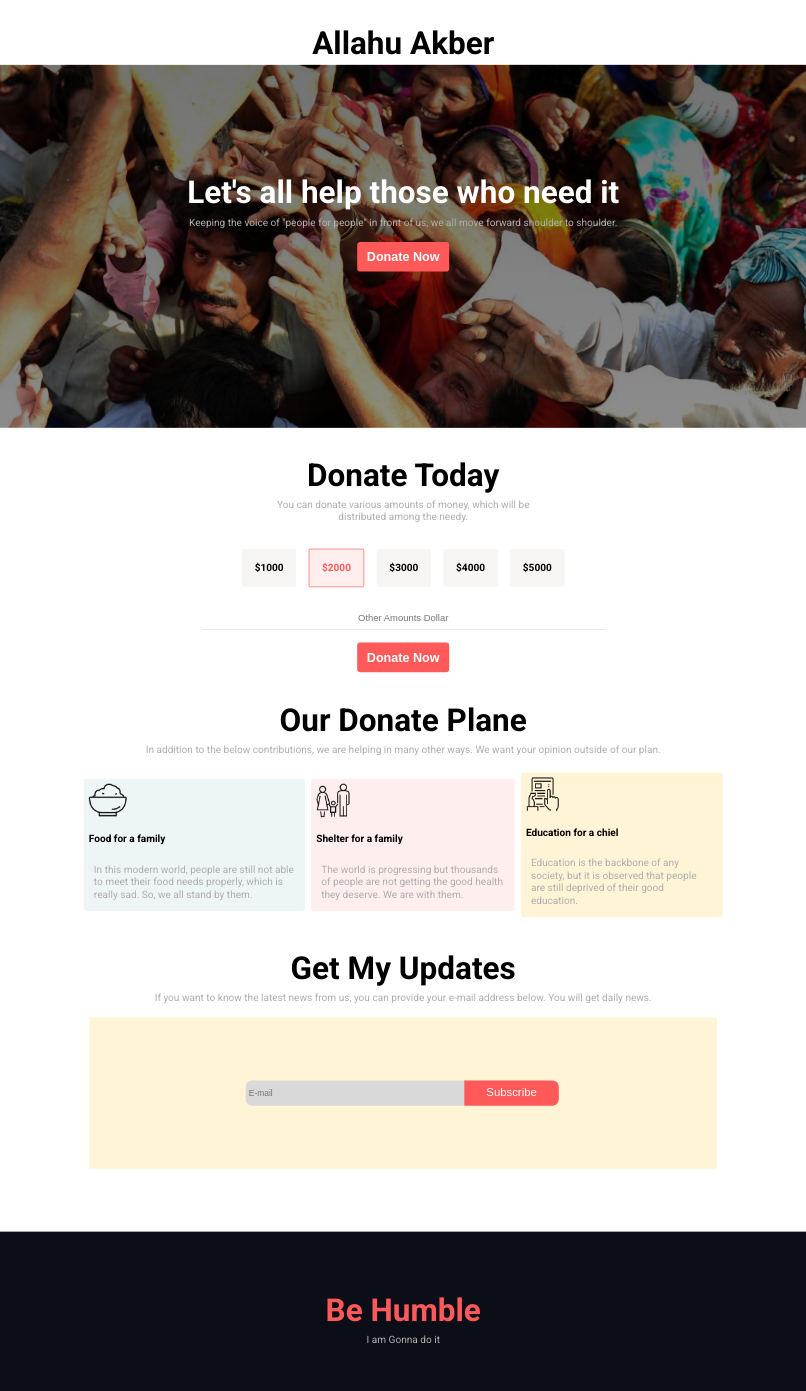
Repository: zjria/suppert-the-helpness
Page: index.html
An editor plug-in stored every save of this project. The page is shown before and after the next save, followed by the edit.
The browser window is 1280 px wide. The pictures show the whole page, at 63% of full size.

Above is the page before, as saved 2022-08-27 08:51:17.

### index.html
<!DOCTYPE html>
<html lang="en">

<head>
    <meta charset="UTF-8">
    <meta http-equiv="X-UA-Compatible" content="IE=edge">
    <meta name="viewport" content="width=device-width, initial-scale=1.0">
    <title>Support the helpless</title>
    <!-- Google Fonts -->
    <link rel="preconnect" href="https://fonts.googleapis.com">
    <link rel="preconnect" href="https://fonts.gstatic.com" crossorigin>
    <link href="https://fonts.googleapis.com/css2?family=Roboto:wght@100;300;400;500;700;900&display=swap"
        rel="stylesheet">
    <!-- Custom CSS -->
    <link rel="stylesheet" href="style.css">
</head>

<body>
    <h1>Allahu Akber</h1>
    <!-- Header Section -->
    <section class="header_section">
        <div class="header-text">
            <h1>Let's all help those who need it</h1>
            <p>Keeping the voice of "people for people" in front of us, we all move forward shoulder to shoulder.</p>
            <button class="button-style">Donate Now</button>
        </div>
    </section>
    <!-- Donate today Section -->
    <section class="donate-today">
        <h1>Donate Today</h1>
        <p>You can donate various amounts of money, which will be <br> distributed among the needy.</p>
        <div class="amounts">
            <div class="dollar">$1000</div>
            <div class="dollar" id="second">$2000</div>
            <div class="dollar">$3000</div>
            <div class="dollar">$4000</div>
            <div class="dollar">$5000</div>
        </div>
        <div class="input-field">
            <input type="text" placeholder="Other Amounts Dollar">
            <div class="line-style">
            </div>
            <button class="button-style">Donate Now</button>
        </div>
    </section>
    <!-- Our Donate Plane Section -->
    <section class="donate-lane">
        <h1>Our Donate Plane</h1>
        <p>In addition to the below contributions, we are helping in many other ways. We want your opinion outside of
            our plan.</p>

        <div class="our-plan">
            <div class="plane" id="plane-one">
                <img src="images/food.png" alt="">
                <h4>Food for a family</h4>
                <p>In this modern world, people are still not able to meet their food needs properly, which is really
                    sad. So, we all stand by them.
                </p>
            </div>
            <div class="plane" id="plane-tow">
                <img src="images/shelter.png" alt="">
                <h4>Shelter for a family</h4>
                <p>The world is progressing but thousands of people are not getting the good health they deserve. We are
                    with them.
                </p>
            </div>
            <div class="plane" id="plane-three">
                <img src="images/Frame-1.png" alt="">
                <h4>Education for a chiel</h4>
                <p>Education is the backbone of any society, but it is observed that people are still deprived of their
                    good education.
                </p>
            </div>
        </div>

    </section>



    <!-- Get my updates -->
    <section class="updates">
        <h1>Get My Updates</h1>
        <p>If you want to know the latest news from us, you can provide your e-mail address below. You will get daily
            news.</p>
        <div class="color">
            <form class="box">
                <input class="input-email" type="email" id="email" pattern=".+@globex\.com" size="30" required
                    placeholder="E-mail">
                <input class="input-submit" type="submit" name="" value="Subscribe">
            </form>
        </div>
    </section>
    <!-- Footer Section -->
    <section class="footer">
        <div class="footer-style">
            <h1>Be Humble</h1>
            <p>I am Gonna do it</p>
        </div>
    </section>
</body>

</html>

### style.css
body {
    font-family: 'Roboto', sans-serif;
    margin: 0%;
    padding: 0%;
}

/* Header Section */
.header_section {
    background-image: linear-gradient(rgb(0, 0, 0, 0.55), rgb(0, 0, 0, 0.45)), url(images/header.jpg);
    background-position: center;
    background-size: cover;
    width: 100%;
    height: 80vh;
    color: white;
}

.header-text {
    margin: auto;
    justify-content: center;
    align-items: center;
    padding-top: 10%;
}

h1 {
    font-size: 50px;
    padding: 5px;
    margin-bottom: 1px;
    text-align: center;

}

p {
    font-size: 16px;
    padding: 2px;
    margin: 0px 0px 20px 0px;
    font: bolder;
    text-align: center;
    color: #aeaeae;
}

.button-style {
    font-size: 20px;
    padding: 12px 15px;
    background-color: #ff5959;
    color: white;
    border-radius: 5px;
    border: none;
    font-weight: 700;
    text-align: center;
    align-items: center;
    justify-content: center;
    margin: 0 auto;
    display: flex;
}


/* donate-today */
.amounts {
    display: flex;
    margin: auto;
    align-items: center;
    text-align: center;
    justify-content: center;
}

.dollar {
    padding: 20px;
    background: rgb(247, 244, 244);
    margin: 20px 10px 30px 10px;
    border-radius: 2px;
    font-weight: bold;
}

.dollar#second {
    border: 1px solid #ff5959;
    background: #ffeeee;
    transition: none;
    transform: none;
    color: #ff5959;
    font-weight: bold;
}

.input-field input {
    text-align: center;
    align-items: center;
    margin: 0 auto;
    display: flex;
    border: 0;
    padding: 10px 15px;
    width: 50%;
    font-size: 15px;
}

.input-field .line-style {
    width: 50%;
    text-align: center;
    align-items: center;
    margin: 0 auto;
    content: '';
    background-color: #dadada;
    color: #dadada;
    height: 1px;
    margin-bottom: 20px;
}

.our-plan {
    display: flex;
    width: 80%;
    text-align: center;
    justify-content: center;
    margin: 0 auto;
    align-items: center;

}

.plane,
.plane p {
    margin: 5px;
    text-align: start;
    padding: 8px;
    border-radius: 5px;
}

.plane p {
    margin: 0px;
    line-height: 20px;
}

.plane#plane-one {
    background-color: #edf5f6;
}

.plane#plane-tow {
    background-color: #ffeeee;
}

.plane#plane-three {
    background-color: #fff4d6;
}

.updates {
    margin: 20px 0px;
}

/* Get my updates */
.color {
    background-color: #fff4d6;
    width: 70%;
    padding: 50px;
    text-align: center;
    justify-content: center;
    align-items: center;
    margin: 0 auto;
    box-sizing: content-box;
}

.box {
    display: flex;
    text-align: center;
    justify-content: center;
    align-items: center;
    margin: 0 auto;
    padding: 50px;
}

.input-email {
    background: #fff;
    width: 340px;
    height: 30px;
    border: none;
    outline: none;
    padding: 5px;
    border-radius: 10px 0px 0px 10px;
    background-color: #d9d9d9;
}

.input-submit {
    position: relative;
    width: 150px;
    height: 40px;
    border: none;
    outline: none;
    padding: 5px;
    border-radius: 0px 10px 10px 0px;
    cursor: pointer;
    background-color: #ff5959;
    left: -3px;
    font-size: 18px;
    color: white;
}

/* Footer Section */
.footer-style {
    background-color: #0b0d17;
    margin: 100px 0px 0px 0px;
    padding: 50px 0px;
    color: white;
}

.footer-style h1 {
    color: #ff5959;

}

After the next save:
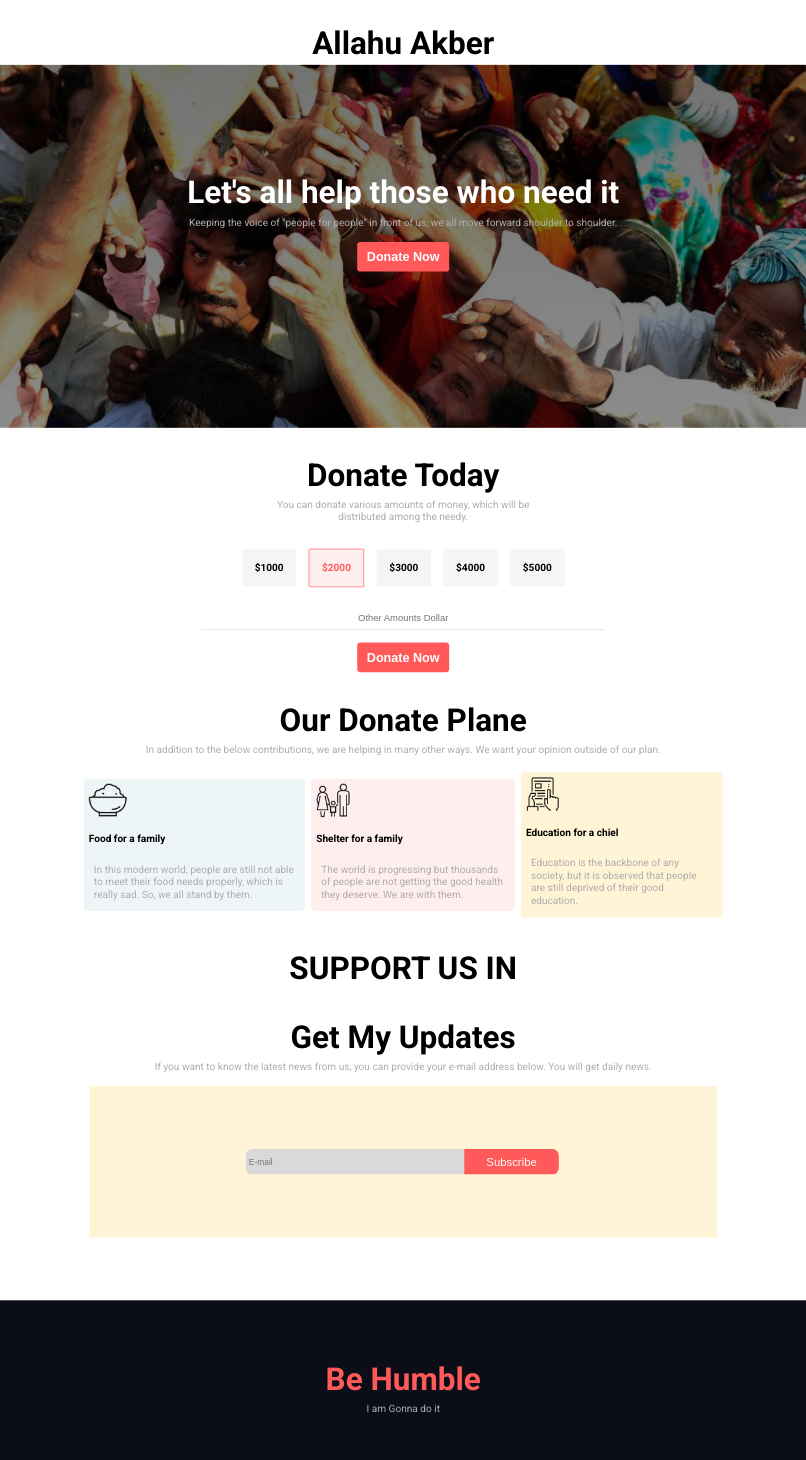
Saved 76 s later.
--- a/index.html
+++ b/index.html
@@ -75,7 +75,11 @@
 
     </section>
 
+    <!-- SUPPORT US IN -->
+    <section class="support">
+        <h1>SUPPORT US IN</h1>
 
+    </section>
 
     <!-- Get my updates -->
     <section class="updates">
